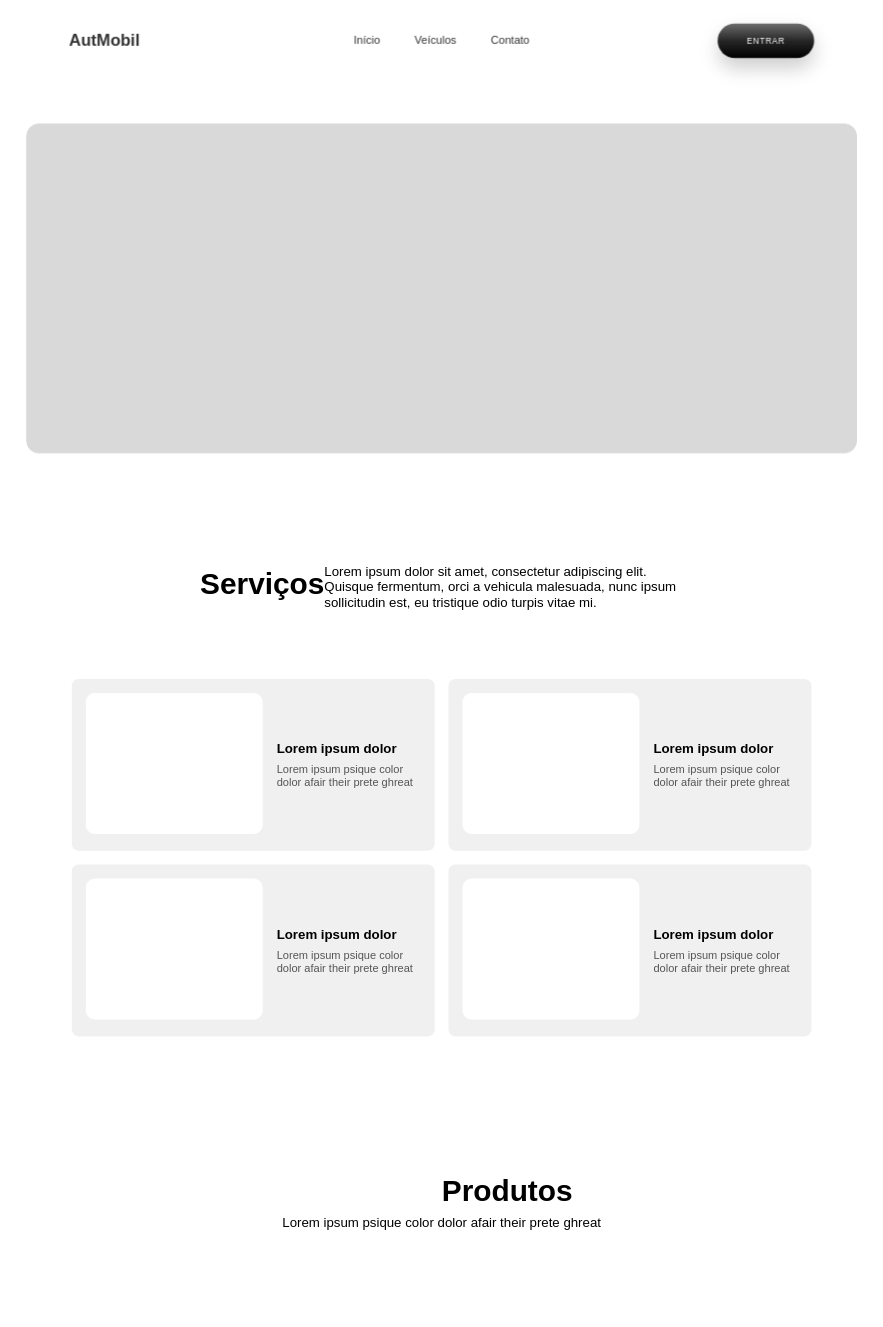
Repository: Matheus904-12/Reforma
Page: index.html
The author's editor kept a copy of each file at every save. The page is drawn from the files as they stood at one save, then again after a run of saves.
The browser window is 1280 px wide. The pictures show the whole page, at 69% of full size.

Above is the page before, as saved 2024-08-01 19:44:15.

### index.html
<!DOCTYPE html>
<html lang="en">
<head>
    <meta charset="UTF-8">
    <meta name="viewport" content="width=device-width, initial-scale=1.0">
    <title>Automobil - Venda de Veículos</title>
    <link rel="stylesheet" href="styles.css">
</head>
<body>
    <header>
        <div class="navbar">
            <div class="logo">AutMobil</div>
            <nav class="nav-links">
                <a href="#home">Início</a>
                <a href="#veiculos">Veículos</a>
                <a href="#contato">Contato</a>
            </nav>
            <button class="btn">
                <span class="btn-text-one">Entrar</span>
                <span class="btn-text-two">Vamos Lá!</span>
            </button>
        </div>
    </header>
    <section class="hero">
        <img src="imagens/Rectangle 1.png" alt="Imagem de Veículos" class="hero-image">
    </section>
    <section class="servicos">
        <div class="servicos-header">
            <h2>Serviços</h2>
            <p class="description">Lorem ipsum dolor sit amet, consectetur adipiscing elit. Quisque fermentum, orci a vehicula malesuada, nunc ipsum sollicitudin est, eu tristique odio turpis vitae mi.</p>
        </div>
        <div class="cards-container">
            <div class="card">
                <div class="card-image"><img src="imagens/Rectangle 9.png" alt="Serviço 1"></div>
                <div class="card-content">
                    <h3>Lorem ipsum dolor</h3>
                    <p>Lorem ipsum psique color dolor afair their prete ghreat</p>
                </div>
            </div>
            <div class="card">
                <div class="card-image"><img src="imagens/Rectangle 9.png" alt="Serviço 2"></div>
                <div class="card-content">
                    <h3>Lorem ipsum dolor</h3>
                    <p>Lorem ipsum psique color dolor afair their prete ghreat</p>
                </div>
            </div>
            <div class="card">
                <div class="card-image"><img src="imagens/Rectangle 9.png" alt="Serviço 3"></div>
                <div class="card-content">
                    <h3>Lorem ipsum dolor</h3>
                    <p>Lorem ipsum psique color dolor afair their prete ghreat</p>
                </div>
            </div>
            <div class="card">
                <div class="card-image"><img src="imagens/Rectangle 9.png" alt="Serviço 4"></div>
                <div class="card-content">
                    <h3>Lorem ipsum dolor</h3>
                    <p>Lorem ipsum psique color dolor afair their prete ghreat</p>
                </div>
            </div>
        </div>
    </section>
    <section class="servicos">
        <div class="produtos-header">
            <h2>Produtos</h2>
            <p class="description2">Lorem ipsum psique color dolor afair their prete ghreat</p>
        </div>
    </section>
</body>
</html>

### styles.css
body {
    margin: 0;
    font-family: Arial, sans-serif;
}

header {
    position: relative;
    width: 100%;
}

.navbar {
    display: flex;
    justify-content: center;
    align-items: center;
    padding: 20px 50px;
    background: rgba(255, 255, 255, 0.5);
    border-radius: 25px;
    backdrop-filter: blur(10px);
    transition: all 0.3s ease-in-out;
    margin: 20px 50px;
    position: relative;
}

.navbar.scrolled {
    background: rgba(255, 255, 255, 0.8);
    backdrop-filter: blur(15px);
}

.logo {
    position: absolute;
    left: 50px;
    font-size: 1.5em;
    color: #333;
    font-weight: bold;
}

.nav-links {
    list-style: none;
    display: flex;
    gap: 20px;
}

.nav-links a {
    text-decoration: none;
    color: #333;
    padding: 10px 15px;
    border-radius: 15px;
    transition: background 0.3s, color 0.3s;
}

.nav-links a:hover {
    background: #333;
    color: #fff;
}

.btn {
    width: 140px;
    height: 50px;
    background: linear-gradient(to top, #000000, #272727, #6d6d6d);
    color: #fff;
    border-radius: 50px;
    border: none;
    outline: none;
    cursor: pointer;
    position: relative;
    box-shadow: 0 15px 30px rgba(0, 0, 0, 0.2);
    overflow: hidden;
    position: absolute;
    right: 50px;
    text-decoration: none; /* Para remover o sublinhado do link */
    display: flex;
    justify-content: center;
    align-items: center;
}

.btn span {
    font-size: 12px;
    text-transform: uppercase;
    letter-spacing: 1px;
    transition: top 0.5s;
}

.btn-text-one {
    position: absolute;
    width: 100%;
    top: 50%;
    left: 0;
    transform: translateY(-50%);
}

.btn-text-two {
    position: absolute;
    width: 100%;
    top: 150%;
    left: 0;
    transform: translateY(-50%);
}

.btn:hover .btn-text-one {
    top: -100%;
}

.btn:hover .btn-text-two {
    top: 50%;
}

.btn:active {
    transform: translateY(1px); /* Efeito de afundar ao clicar */
}

.hero {
    position: relative;
    width: 100%;
    height: 600px; /* Ajuste a altura conforme necessário */
    overflow: hidden;
    display: flex;
    justify-content: center;
    align-items: center;
}

.hero-image {
    width: 94%;
    height: auto;
    object-fit: cover;
}

.servicos {
    padding: 100px;
}

.servicos-header {
    display: flex;
    justify-content: space-between;
    align-items: center;
    margin-bottom: 100px;
}

.produtos-header {
    display: flex;
    justify-content: space-between;
    align-items: center;
    margin-bottom: 100px;
}

.servicos h2 {
    font-size: 2.7em;
    margin: 0 0 10px 0; /* Ajuste a margem inferior para aproximar do parágrafo */
    margin-left: 190px;
}

.description {
    font-size: 1.2em;
    max-width: 600px;
    margin: 0;
    margin-right: 190px;
}
.description2 {
    font-size: 1.2em;
    max-width: 600px;
    margin: 0;
    margin-right: 320px;
}

.cards-container {
    display: flex;
    flex-wrap: wrap;
    justify-content: center;
    gap: 20px;
}

.card {
    display: flex;
    align-items: center;
    background-color: #f0f0f0;
    padding: 20px;
    border-radius: 10px;
    width: 45%;
}

.card-image img {
    width: 257px;
    height: 205px;
    border-radius: 10px;
    margin-right: 20px;
}

.card-content {
    text-align: left;
}

.card-content h3 {
    margin: 0 0 10px 0;
    font-size: 1.2em;
}

.card-content p {
    margin: 0;
    color: #555;
}

.produtos {
    padding: 100px;
    background-color: #f9f9f9;
}

.produtos-header {
    display: flex;
    flex-direction: column;
    align-items: center;
    margin-bottom: 40px;
}

.produtos h2 {
    font-size: 2.5em;
    margin: 0 0 10px 0;
}

.description2 {
    font-size: 1.2em;
    max-width: 600px;
    text-align: center;
    margin: 0;
}

.carrossel-container {
    position: relative;
    display: flex;
    justify-content: center;
    align-items: center;
}

.carrossel {
    display: flex;
    overflow-x: auto;
    scroll-behavior: smooth;
    gap: 20px;
    padding: 20px;
    width: 80%;
}

.carrossel-btn {
    position: absolute;
    top: 50%;
    transform: translateY(-50%);
    font-size: 2em;
    background: none;
    border: none;
    cursor: pointer;
    z-index: 10;
}

.left-btn {
    left: 0;
}

.right-btn {
    right: 0;
}

.produto-card {
    flex: 0 0 300px;
    background-color: #fff;
    border-radius: 10px;
    box-shadow: 0 2px 10px rgba(0, 0, 0, 0.1);
    overflow: hidden;
}

.produto-image img {
    width: 100%;
    height: 200px;
    object-fit: cover;
}

.produto-content {
    padding: 20px;
}

.produto-content h3 {
    margin: 0 0 10px 0;
    font-size: 1.5em;
}

.produto-content p {
    margin: 0;
    color: #555;
}

.indicator {
    display: flex;
    justify-content: center;
    margin-top: 20px;
}

.dot {
    height: 15px;
    width: 15px;
    margin: 0 5px;
    background-color: #bbb;
    border-radius: 50%;
    display: inline-block;
    transition: background-color 0.6s ease;
}

.dot.active {
    background-color: #717171;
}

After the next 2 saves:
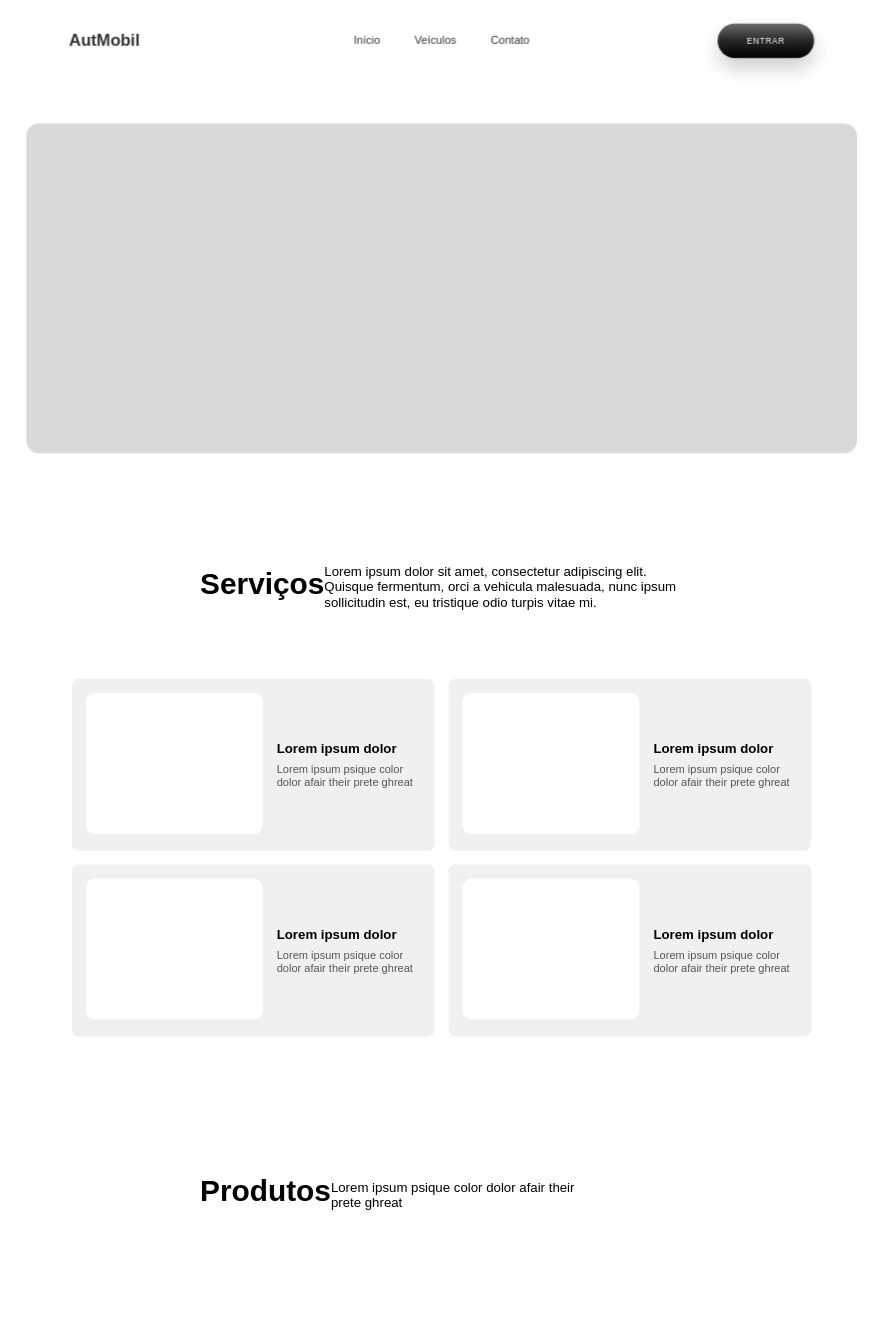
The 2 saves are shown as one change because they came seconds apart.
The last was saved 12 s later.
--- a/styles.css
+++ b/styles.css
@@ -205,102 +205,84 @@ header {
 
 .produtos-header {
     display: flex;
-    flex-direction: column;
-    align-items: center;
-    margin-bottom: 40px;
+    justify-content: space-between;
+    align-items: center;
+    margin-bottom: 50px;
 }
 
 .produtos h2 {
     font-size: 2.5em;
-    margin: 0 0 10px 0;
-}
-
-.description2 {
+    margin: 0;
+}
+
+.produtos .description {
     font-size: 1.2em;
     max-width: 600px;
+    margin: 0;
+}
+
+.filtros {
+    display: flex;
+    justify-content: center;
+    gap: 20px;
+    margin-bottom: 50px;
+}
+
+.filtro {
+    background-color: #333;
+    color: #fff;
+    border: none;
+    padding: 10px 20px;
+    border-radius: 10px;
+    cursor: pointer;
+    transition: background 0.3s;
+}
+
+.filtro:hover {
+    background-color: #555;
+}
+
+.produtos-container {
+    position: relative;
+}
+
+.carrossel {
+    display: none;
+    flex-wrap: nowrap;
+    overflow-x: auto;
+    gap: 20px;
+}
+
+.carrossel.active {
+    display: flex;
+}
+
+.produto-card {
+    display: flex;
+    flex-direction: column;
+    align-items: center;
+    background-color: #fff;
+    padding: 20px;
+    border-radius: 10px;
+    min-width: 300px;
+}
+
+.produto-image img {
+    width: 100%;
+    border-radius: 10px;
+    margin-bottom: 20px;
+}
+
+.produto-content {
     text-align: center;
-    margin: 0;
-}
-
-.carrossel-container {
-    position: relative;
-    display: flex;
-    justify-content: center;
-    align-items: center;
-}
-
-.carrossel {
-    display: flex;
-    overflow-x: auto;
-    scroll-behavior: smooth;
-    gap: 20px;
-    padding: 20px;
-    width: 80%;
-}
-
-.carrossel-btn {
-    position: absolute;
-    top: 50%;
-    transform: translateY(-50%);
-    font-size: 2em;
-    background: none;
-    border: none;
-    cursor: pointer;
-    z-index: 10;
-}
-
-.left-btn {
-    left: 0;
-}
-
-.right-btn {
-    right: 0;
-}
-
-.produto-card {
-    flex: 0 0 300px;
-    background-color: #fff;
-    border-radius: 10px;
-    box-shadow: 0 2px 10px rgba(0, 0, 0, 0.1);
-    overflow: hidden;
-}
-
-.produto-image img {
-    width: 100%;
-    height: 200px;
-    object-fit: cover;
-}
-
-.produto-content {
-    padding: 20px;
 }
 
 .produto-content h3 {
     margin: 0 0 10px 0;
-    font-size: 1.5em;
+    font-size: 1.2em;
 }
 
 .produto-content p {
     margin: 0;
     color: #555;
 }
-
-.indicator {
-    display: flex;
-    justify-content: center;
-    margin-top: 20px;
-}
-
-.dot {
-    height: 15px;
-    width: 15px;
-    margin: 0 5px;
-    background-color: #bbb;
-    border-radius: 50%;
-    display: inline-block;
-    transition: background-color 0.6s ease;
-}
-
-.dot.active {
-    background-color: #717171;
-}
